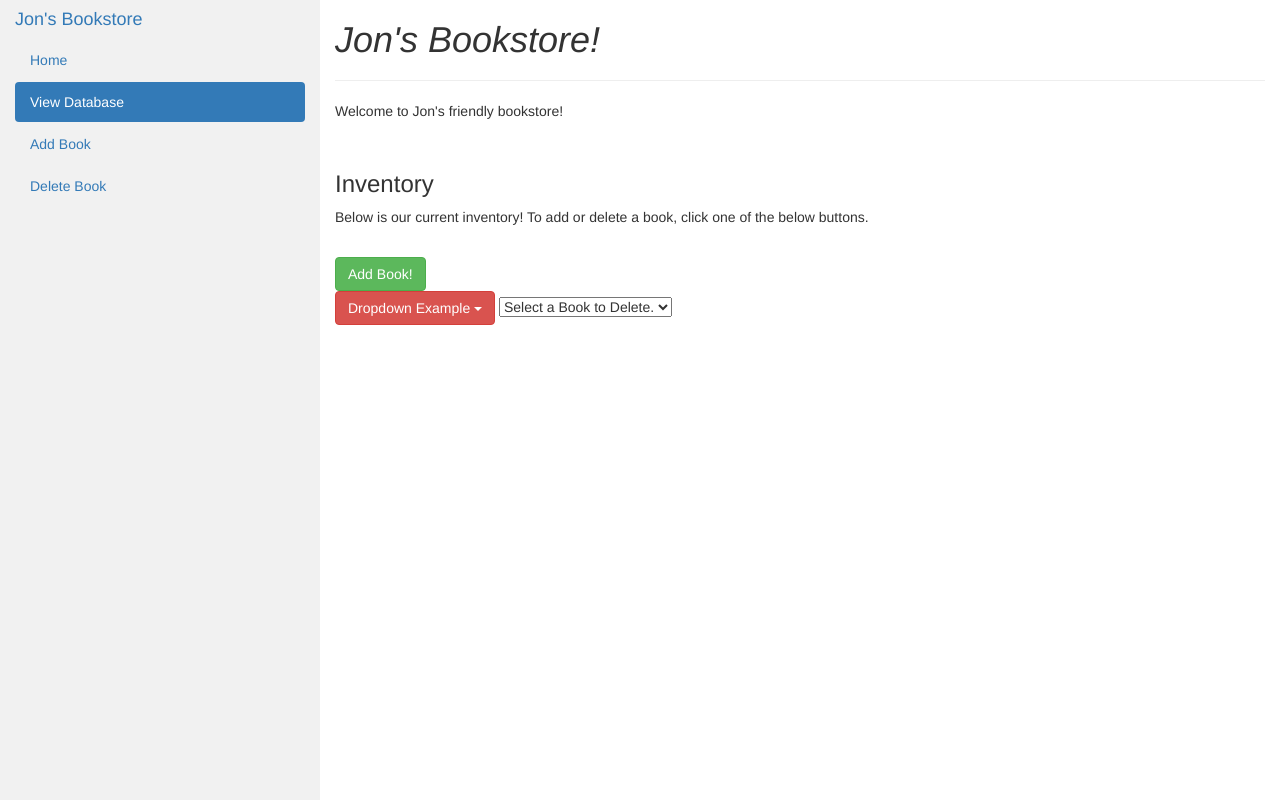
Repository: Inferno51/bookstoreproject
Page: http://localhost/bookstore/readfromdb.jsp
These files come from the project's save history. The page is drawn as it stood at one moment and after the next save; the edit follows.
The browser window is 1280 px wide. The pictures show the whole page.
The page is served by Tomcat 9. Other server files are loaded and not shown. Queries for data that is not in the repository find no rows.

Above is the page before, as saved 2016-09-02 17:56:46.

### bookstore/src/main/webapp/readfromdb.jsp
<%@page import="com.bookstore.DAO"%>
<%@page import="com.bookstore.Book"%>
<%@ page language="java" contentType="text/html; charset=ISO-8859-1"
	pageEncoding="ISO-8859-1"%>
<!DOCTYPE html PUBLIC "-//W3C//DTD HTML 4.01 Transitional//EN" "http://www.w3.org/TR/html4/loose.dtd">
<html>
<head>
<title>Jon's Bookstore</title>
<meta http-equiv="Content-Type" content="text/html; charset=ISO-8859-1">
<meta charset="utf-8">
<meta name="viewport" content="width=device-width, initial-scale=1">
<link rel="stylesheet" href="styles.css">
<link rel="stylesheet"
	href="http://maxcdn.bootstrapcdn.com/bootstrap/3.3.7/css/bootstrap.min.css">
<script
	src="https://ajax.googleapis.com/ajax/libs/jquery/1.12.4/jquery.min.js"></script>
<script
	src="http://maxcdn.bootstrapcdn.com/bootstrap/3.3.7/js/bootstrap.min.js"></script>
</head>
<body>
	<div class="container-fluid">
		<div class="row content">
			<div class="col-sm-3 sidenav">
				<h4>
					<a href="index.html">Jon's Bookstore</a>
				</h4>
				<ul class="nav nav-pills nav-stacked">
					<li><a href="index.html">Home</a></li>
					<li class="active"><a href="readfromdb.jsp">View Database</a></li>
					<li><a href="addbook.html">Add Book</a></li>
					<li><a href="deletebook.html">Delete Book</a></li>
				</ul>
				<br>
			</div>

			<div class="col-sm-9">
				<h1>
					<em>Jon's Bookstore!</em>
					</h4>
					<hr>
					<p>Welcome to Jon's friendly bookstore!</p>
					<br>
					<h3>Inventory</h3>
					<p>Below is our current inventory! To add or delete a book,
						click one of the below buttons.</p>
					<br>
					<a href="addbook.html" class="btn btn-success" role="button">Add Book!</a>

					<div class="dropdown" id="deleteDropDown">
					    <form id="deleting" action="DeleteFromDB" method="POST">
						    <button class="btn btn-danger dropdown-toggle" type="button" data-toggle="dropdown">Dropdown Example
						    <span class="caret"></span></button>
							    <select name="deletename" onchange="this.form.submit()">
							    	<option selected="selected" style="display:none">Select a Book to Delete.</option>
							    	<%
										com.bookstore.DAO.readFromDB();
									%>
									<%
										Book readToJSP = new Book();

										for (int i = 0; i < DAO.ourBooks.size(); i++) {
											readToJSP = DAO.ourBooks.get(i);
									%>
									<option><%=readToJSP.getBookName()%></option>
							    </select>
					    </form>
				  	</div>

					<table class="table table-striped">
						<thead>
							<tr>
								<th>ID</th>
								<th>Name</th>
								<th>Price</th>
								<th>Number in Inventory</th>
								<th>Description</th>
							</tr>
						</thead>
						<tbody>


							<tr>
								<td><%=readToJSP.getBookID()%></td>
								<td><%=readToJSP.getBookName()%></td>
								<td><%=readToJSP.getBookPrice()%></td>
								<td><%=readToJSP.getBookCount()%></td>
								<td><%=readToJSP.getBookDesc()%></td>
							</tr>
							<%
								}
								DAO.ourBooks.clear();
							%>

						</tbody>
					</table>

			</div>
		</div>
	</div>

	<footer class="container-fluid">
	<p>Jon's Bookstore - Where bargains are king!</p>
	</footer>
</body>
</html>

### bookstore/src/main/java/com/bookstore/DAO.java
package com.bookstore;

import java.sql.*;
import java.util.ArrayList;

public class DAO {

	static final String JDBC_DRIVER = "com.mysql.cj.jdbc.Driver";
	static final String DB_URL = "jdbc:mysql://127.0.0.1:3306/?user=root&autoReconnect=true&useSSL=false";
	static final String USER = "root";
	static final String PASSWORD = "sesame";

	static Connection CONN = null;
	static Statement STMT = null;
	static PreparedStatement PREP = null;
	static ResultSet RES = null;
	public static ArrayList<Book> ourBooks = new ArrayList<>();

	public static void connToDB() {
		try {
			Class.forName(JDBC_DRIVER);
			CONN = DriverManager.getConnection(DB_URL, USER, PASSWORD);
		} catch (SQLException | ClassNotFoundException e) {
			e.printStackTrace();
		} // Try connection statement
	} // connToDB

	public static void readFromDB() {
		connToDB();



		try {
			STMT = CONN.createStatement();
			RES = STMT.executeQuery("SELECT * FROM products.books;");

			while (RES.next()) {
				Book myBook = new Book();
				myBook.setBookID(RES.getInt("book_id"));
				myBook.setBookName(RES.getString("book_name"));
				myBook.setBookPrice(RES.getDouble("book_price"));
				myBook.setBookCount(RES.getInt("book_inv_count"));
				myBook.setBookDesc(RES.getString("book_desc"));

				ourBooks.add(myBook);

			}

			for (Book book : ourBooks) {
				System.out.println(book.toString());
			}

		} catch (SQLException e) {
			e.printStackTrace();
		}
	} // readFromDB

	private static String insertIntoTable = "INSERT INTO `products`.`books` "
			+ "(book_name, book_price, book_inv_count, book_desc)"
			+ " VALUES "
			+ "(?, ?, ?, ?)";

	public static void writeToDB(Book newBook) {

		Book bookToAdd = new Book();

		bookToAdd = newBook;

		try {
			connToDB();

			PREP = CONN.prepareStatement(insertIntoTable);

			PREP.setString(1, bookToAdd.getBookName());
			PREP.setDouble(2, bookToAdd.getBookPrice());
			PREP.setInt(3, bookToAdd.getBookCount());
			PREP.setString(4, bookToAdd.getBookDesc());

			System.out.println(PREP);

			PREP.executeUpdate();

		} catch (SQLException e) {
			e.printStackTrace();
		}

	}

	private static String updateDB = ("UPDATE `products`.`books` SET `book_name` = ?, `book_price` = ?, `book_inv_count` = ?, `book_desc` = ? WHERE `book_id` = ?");

	public static void updateDB(Book newBook) {

		readFromDB();

		Book bookToUpdate = new Book();

		bookToUpdate = newBook;

		try {
			PREP = CONN.prepareStatement(updateDB);

			PREP.setString(1, bookToUpdate.getBookName());
			PREP.setDouble(2, bookToUpdate.getBookPrice());
			PREP.setInt(3, bookToUpdate.getBookCount());
			PREP.setString(4, bookToUpdate.getBookDesc());
			PREP.setInt(5, bookToUpdate.getBookID());

			PREP.executeUpdate();

		} catch (SQLException e) {
			e.printStackTrace();
		}
	} // updateDB

	public static void deleteFromDatabase(Book newBook) {
		Book bookToDelete = new Book();
		bookToDelete = newBook;

		try {
			connToDB();
			PREP = CONN.prepareStatement("DELETE FROM `products`.`books` WHERE book_ID = ?");
			PREP.setInt(1, bookToDelete.getBookID());
			PREP.executeUpdate();
		} catch (SQLException e) {
			e.printStackTrace();
		}
	} // deleteFromDatabase
}

### bookstore/src/main/java/com/bookstore/Book.java
package com.bookstore;

public class Book {

	private int bookID = 0;
	private int bookCount = 0;
	private double bookPrice = 0.0d;
	private String bookName = null;
	private String bookDesc = null;

	// Constructor
	public Book(int bookID, int bookCount, double bookPrice, String bookName, String bookDesc) {
		super();
		this.bookID = bookID;
		this.bookCount = bookCount;
		this.bookPrice = bookPrice;
		this.bookName = bookName;
		this.bookDesc = bookDesc;
	} // Constructor

	// Blank constructor
	public Book() {
		super();
	} // Blank constructor


	// Getters and setters
	public int getBookID() {
		return bookID;
	}

	public void setBookID(int bookID) {
		this.bookID = bookID;
	}

	public int getBookCount() {
		return bookCount;
	}

	public void setBookCount(int bookCount) {
		this.bookCount = bookCount;
	}

	public double getBookPrice() {
		return bookPrice;
	}

	public void setBookPrice(double bookPrice) {
		this.bookPrice = bookPrice;
	}

	public String getBookName() {
		return bookName;
	}

	public void setBookName(String bookName) {
		this.bookName = bookName;
	}

	public String getBookDesc() {
		return bookDesc;
	}

	public void setBookDesc(String bookDesc) {
		this.bookDesc = bookDesc;
	}
	// Getters and setters


	@Override
	public String toString() {
		return "Book [bookID=" + bookID + ", bookCount=" + bookCount + ", bookPrice=" + bookPrice + ", bookName="
				+ bookName + ", bookDesc=" + bookDesc + "]";
	} // toString method



}

### bookstore/src/main/webapp/styles.css
@CHARSET "ISO-8859-1";
/* Set height of the grid so .sidenav can be 100% (adjust if needed) */
.row.content {
	height: 800px
}

/* Set gray background color and 100% height */
.sidenav {
	background-color: #f1f1f1;
	height: 100%;
}

/* Set black background color, white text and some padding */
footer {
	background-color: #555;
	color: white;
	padding: 15px;
}

/* On small screens, set height to 'auto' for sidenav and grid */
@media screen and (max-width: 767px) {
	.sidenav {
		height: auto;
		padding: 15px;
	}
	.row.content {
		height: auto;
	}
}

After the next save:
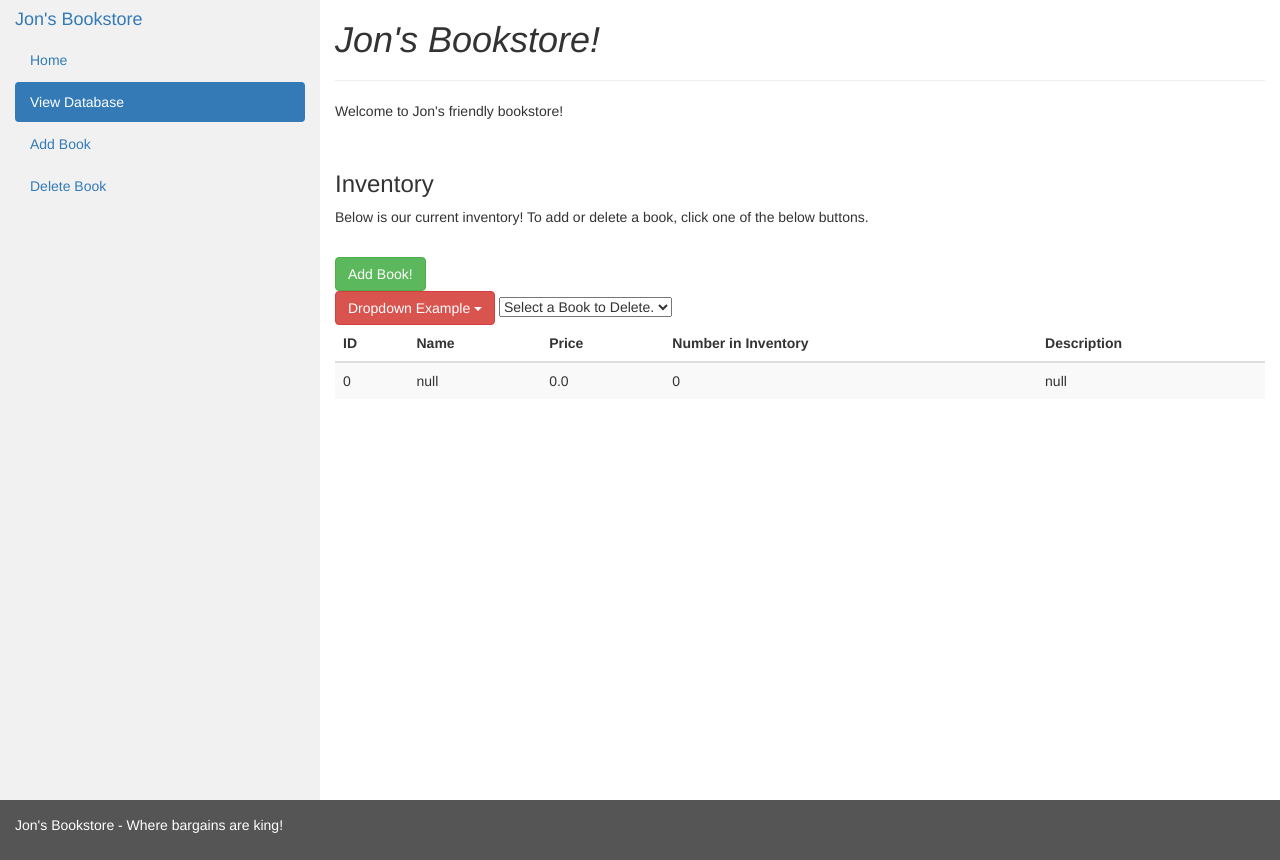
Saved 52 s later.
--- a/bookstore/src/main/webapp/readfromdb.jsp
+++ b/bookstore/src/main/webapp/readfromdb.jsp
@@ -57,11 +57,16 @@
 									%>
 									<%
 										Book readToJSP = new Book();
+										Book displayBook = new Book();
 
 										for (int i = 0; i < DAO.ourBooks.size(); i++) {
 											readToJSP = DAO.ourBooks.get(i);
 									%>
 									<option><%=readToJSP.getBookName()%></option>
+									<%
+										}
+										DAO.ourBooks.clear();
+									%>
 							    </select>
 					    </form>
 				  	</div>
@@ -86,10 +91,7 @@
 								<td><%=readToJSP.getBookCount()%></td>
 								<td><%=readToJSP.getBookDesc()%></td>
 							</tr>
-							<%
-								}
-								DAO.ourBooks.clear();
-							%>
+
 
 						</tbody>
 					</table>
